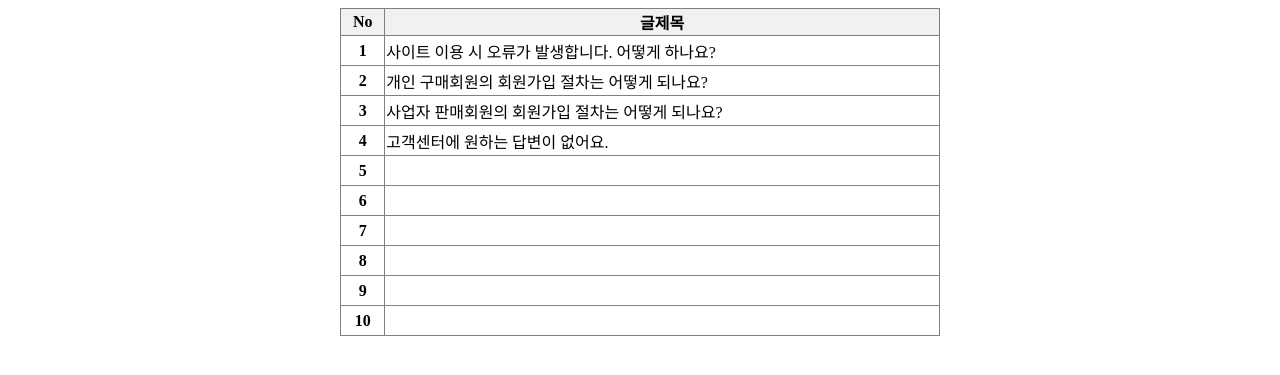
Repository: fellownew/project_workspace
Page: http://localhost/shoppingmall/WEB-INF/view/body/center/center_list.jsp
These files come from the project's save history. The page is drawn as it stood at one moment and after the next save; the edit follows.
The browser window is 1280 px wide. The pictures show the whole page.
The page is served by Tomcat 9. Nobody is signed in. The template is opened directly, without the code that normally fills it, so the values that code supplies are empty.

Above is the page before, as saved 2015-06-16 05:14:13.

After the next save:
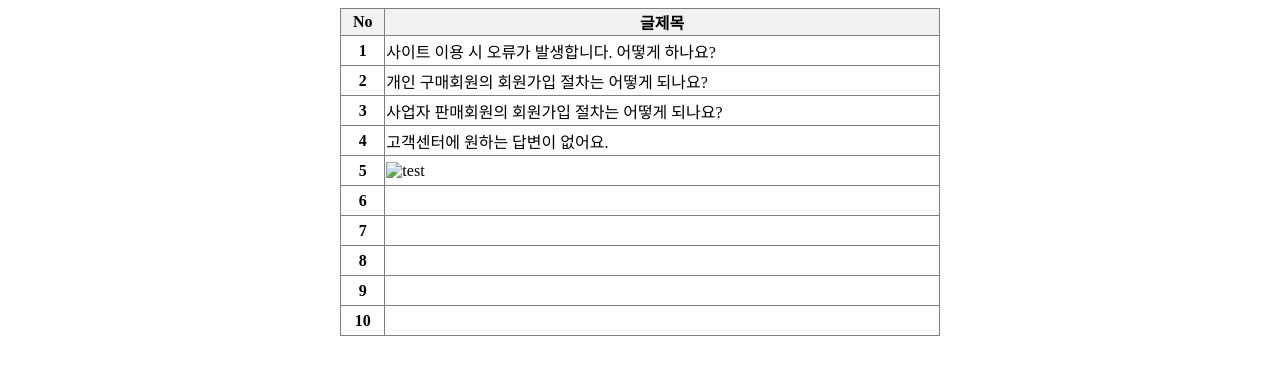
Saved 25 min 50 s later.
--- a/shoppingmall/WebContent/WEB-INF/view/body/center/center_list.jsp
+++ b/shoppingmall/WebContent/WEB-INF/view/body/center/center_list.jsp
@@ -151,7 +151,7 @@ $(document).ready(function(){
 	</tr>
 	<tr id="5" value="1" >
 		<th>5</th>
-		<td>
+		<td><img alt="test" src="">
 			<!-- 제목입력 -->
 		</td>
 	</tr>
